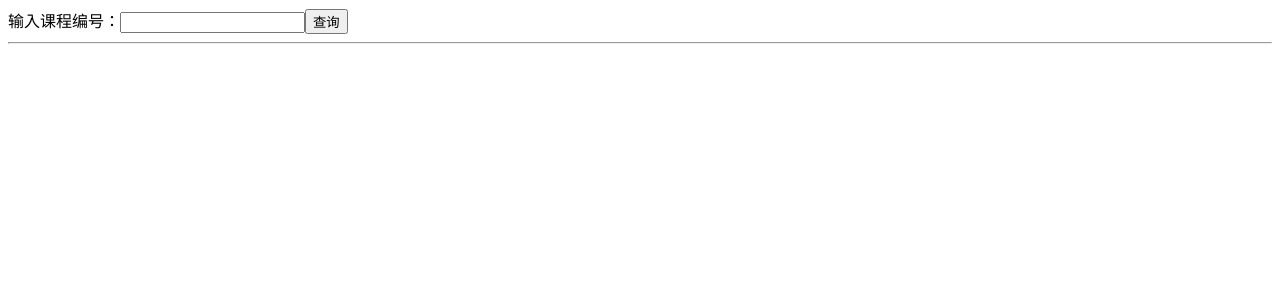
Repository: arkulo56/codeLibrary
Page: http://localhost/firstWeb/courseSeries.jsp
The author's editor kept a copy of each file at every save. The page is drawn from the files as they stood at one save, then again after the next save.
The browser window is 1280 px wide. The pictures show the whole page.
The page is served by Tomcat 9.

Above is the page before, as saved 2016-04-23 01:42:53.

After the next save:
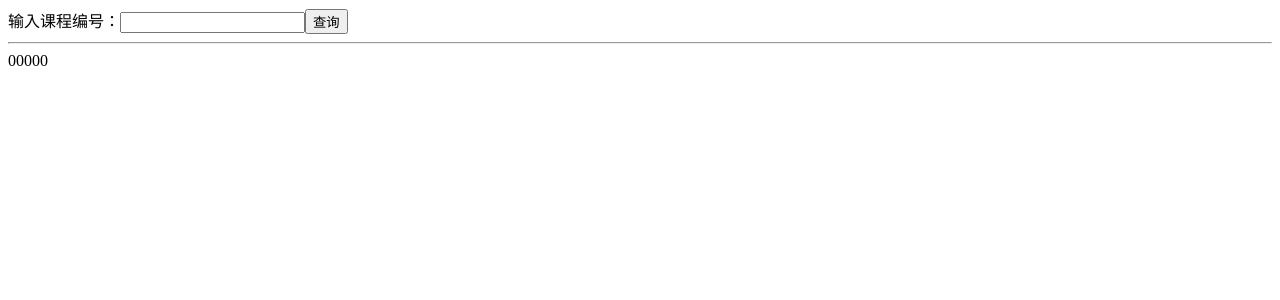
Saved 3 min 59 s later.
--- a/java/firstWeb/WebContent/courseSeries.jsp
+++ b/java/firstWeb/WebContent/courseSeries.jsp
@@ -9,5 +9,16 @@
 <body>
 输入课程编号：<input type="text" name="courseId" /><input type="button" value="查询" onclick="" />
 <hr >
+<%
+if(request.getParameter("courseId")!=null)
+{
+	out.println("dfdfdffd");
+}else
+{
+	out.println("00000");
+}
+%>
+
+
 </body>
 </html>
